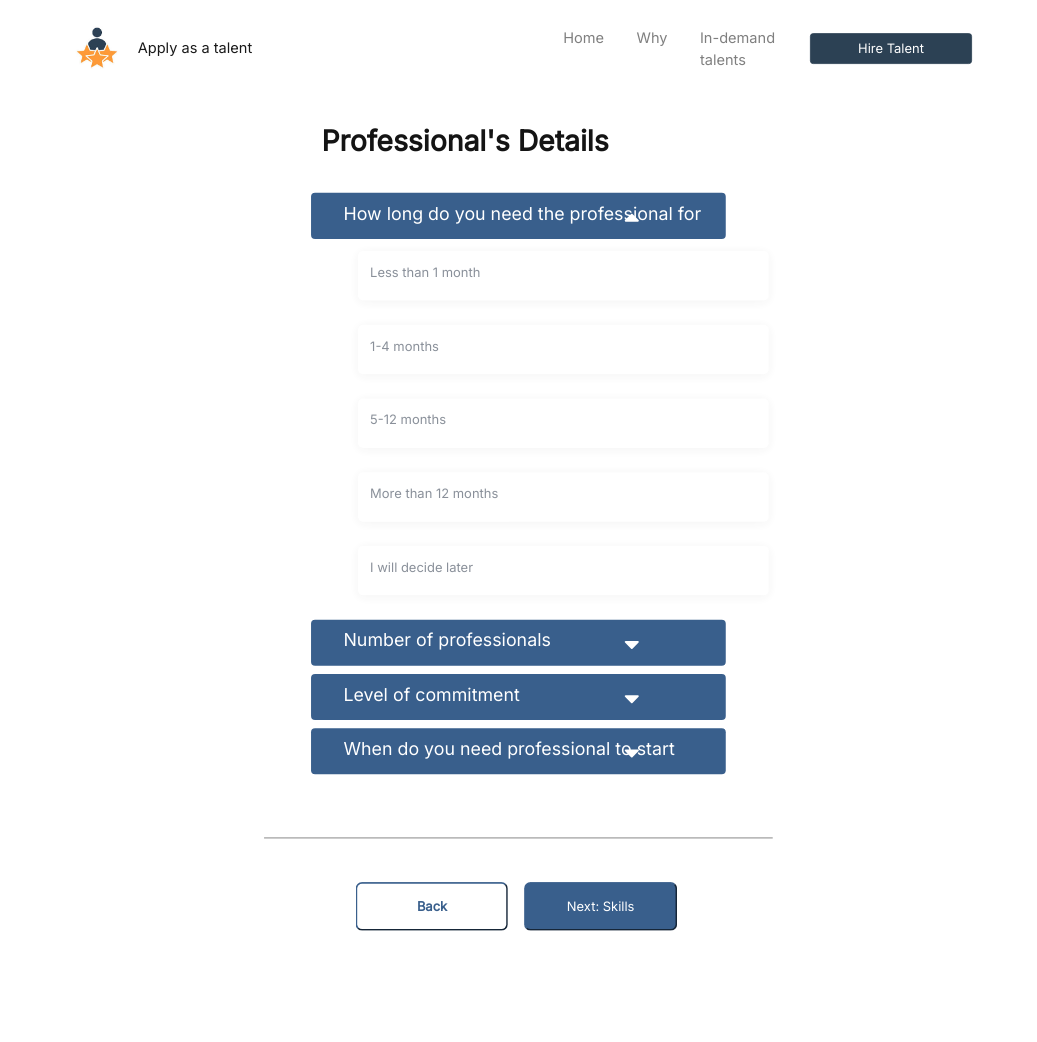
Repository: Ashwe9/talent-hire-reactJs
Page: /professionaldetails, after clicking the first element matching `div.dropdowns-box`
An editor plug-in stored every save of this project. The page is shown before and after the next save, followed by the edit.
The browser window is 1280 px wide. The pictures show the whole page, at 81% of full size.
The project was rebuilt for these pictures with package versions that can differ from the ones it lists, and the page was loaded fresh each time. Also part of the build but not shown: src/homePage/components/TrustedBy/TrustedBy.css, src/homePage/components/TrustedBy/TrustedBy.js, src/homePage/components/Roles/Roles.css, src/homePage/components/Roles/Roles.js, src/homePage/components/homePageFooter/HomePageFooter.css, src/homePage/components/homePageFooter/HomePageFooter.js, src/homePage/HomePage.js, src/kpisPage/Header.css and 9 more.

Above is the page before, as saved 2022-08-21 23:07:43.

### public/index.html
<!DOCTYPE html>
<html lang="en">
  <head>
    <meta charset="utf-8" />
    <link rel="icon" href="%PUBLIC_URL%/favicon.ico" />
    <meta name="viewport" content="width=device-width, initial-scale=1" />
    <meta name="theme-color" content="#000000" />
    <meta
      name="description"
      content="Web site created using create-react-app"
    />
    <link rel="manifest" href="%PUBLIC_URL%/manifest.json" />
    <link rel="stylesheet" href="https://stackpath.bootstrapcdn.com/bootstrap/4.4.1/css/bootstrap.min.css" integrity="sha384-Vkoo8x4CGsO3+Hhxv8T/Q5PaXtkKtu6ug5TOeNV6gBiFeWPGFN9MuhOf23Q9Ifjh" crossorigin="anonymous">
    <link href='https://fonts.googleapis.com/css?family=Inter' rel='stylesheet'>

    <title>App</title>
  </head>
  <body>
    <noscript>You need to enable JavaScript to run this app.</noscript>
    <div id="root"></div>
    <script src="https://code.jquery.com/jquery-3.4.1.slim.min.js" integrity="sha384-J6qa4849blE2+poT4WnyKhv5vZF5SrPo0iEjwBvKU7imGFAV0wwj1yYfoRSJoZ+n" crossorigin="anonymous"></script>
    <script src="https://cdn.jsdelivr.net/npm/popper.js@1.16.0/dist/umd/popper.min.js" integrity="sha384-Q6E9RHvbIyZFJoft+2mJbHaEWldlvI9IOYy5n3zV9zzTtmI3UksdQRVvoxMfooAo" crossorigin="anonymous"></script>
    <script src="https://stackpath.bootstrapcdn.com/bootstrap/4.4.1/js/bootstrap.min.js" integrity="sha384-wfSDF2E50Y2D1uUdj0O3uMBJnjuUD4Ih7YwaYd1iqfktj0Uod8GCExl3Og8ifwB6" crossorigin="anonymous"></script>  </body>
</html>

### src/App.js
import React from 'react'
import { BrowserRouter as Router, Route, Routes, Navigate } from 'react-router-dom';
import { HomePage } from './homePage/HomePage';
import KPISPage from './kpisPage/KPISPage';
import ProjectDetails from './projectDetails/ProjectDetails';
import ProfessionalDetails from './professionalDetails/ProfessionalDetails';

function App() {
  return (
    <Router>
      <Routes>
        <Route exact path="*" element={<Navigate to="/" replace />}/>
        <Route exact path="/" element={<HomePage />} />
        <Route exact path="/kpis" element={<KPISPage />} />
        <Route exact path="/projectdetails" element={<ProjectDetails />} />
        <Route exact path="/professionaldetails" element={<ProfessionalDetails />} />

      </Routes>
    </Router>
  );
}

export default App;

### src/professionalDetails/ProfessionalDetails.js
import React from 'react'
import './ProfessionalDetails.css'
import { Navbar } from '../shared-components/Navbar/Navbar'
import { Footer } from '../shared-components/Footer/Footer'
import DropDown from './DropDown'
import Header from './Header'

const ProfessionalDetails = () => {
  return (
    <div>
      <Navbar />
      <Header />
      <DropDown title="How long do you need the professional for"/>
      <DropDown title="Number of professionals"/>
      <DropDown title="Level of commitment"/>
      <DropDown title="When do you need professional to start"/>
      <Footer nextTitle="Next: Skills" nextPath="/skills" previousPath="/projectdetails" />
    </div>
  )
}

export default ProfessionalDetails

### src/shared-components/Footer/Footer.js
import React from 'react'
import './Footer.css'
import { useNavigate  } from 'react-router-dom'


export  const Footer = ({nextTitle, nextPath, previousPath}) => {

  let navigate = useNavigate();

  const goNext = () => {
    let path =  nextPath;
    navigate(path);
  };
  const goBack = () => {
    let path =  previousPath;
    navigate(path);
  };

  return (
      <footer>
        <div className='Footer-box'>
            <hr id="footer-line"/>
            <div className='buttons'>
              <button className='Footer-button-back'
              onClick={goBack}
                >Back</button>

              <button className='Footer-button-next'
              onClick={goNext}
                >{nextTitle}</button>
        </div>
        </div>
      </footer>
    )
  }

### src/professionalDetails/DropDown.js
import {FaCaretDown, FaCaretUp} from 'react-icons/fa'
import React , { useState } from 'react'
import './DropDown.css'
import { left } from '@popperjs/core'
import Details from './Details'


const DropDown = ({title}) => {
    const [x, setCount] = useState(0);
    const incrementCount = () => {
        setCount(x + 1);
      };

  return (
    <div>
        <div className='dropdowns-box' onClick={incrementCount} >
            <p className='dropdowns-title'>{title}</p>
            <a> { x%2===0 ? <FaCaretDown id='icons' size={30} style={{}} /> : <FaCaretUp id='icons' size={30} style={{}} />}</a>
        </div>
        {x%2===1 ? <Details title={title} /> : <></>}
    </div>
  )
}

export default DropDown

### src/professionalDetails/Header.js
import React from 'react'

const Header = () => {
  return (
    <div className='headers-box'>
        <p className='header'>
            Professional's Details
        </p>
    </div>
  )
}

export default Header

### src/shared-components/Navbar/Navbar.css
.icon{
    width: 80px;
}

.title{
    font-family: "Inter";
    font-style: normal;
    font-weight: 500;
    font-size: 18px;
    line-height: 28px;
    align-items: center;
    color: #444444;
    padding-left: 10px;
}

#navbarText{
    margin-left: 30%;
}
.navbar-items{
    margin: 0 35%;

}

.nav-item{
    font-family: "Inter";
    font-style: normal;
    font-weight: 500;
    font-size: 18px;
    align-items: center;
    color: #444444;
    padding-left: 24px;
}

.navbar-btn{
    font-family: "Inter";
    font-style: bold;
    background: #2c4154;
    /* padding: 5px 50px; */
    border-color: #2c4154;
    width: 200px;
}

.navbar{
    margin: 10px 5%;
}

@media only screen and (max-width: 600px) {
    body {
      background-color: lightblue;
    }
  }

### src/shared-components/Footer/Footer.css
#footer-line{
    background-color: gray;
    width: 50%;
}

.Footer-box{
    margin-top: 50px;
    padding: 1%;
}

.buttons{
    display: flex;
}

.Footer-button-back{
    margin-top: 3%;
    /* margin-left: 30%; */
    font-family: "Inter";
    font-style: bolder;
    font-weight: 700;
    padding: 1% 1%;
    background-color: white;
    border-color: #395f8c;
    color: #395f8c;
    height: 60px;
    width: 15%;
    border-radius: 0.5rem;
    margin-left: 34%;
    margin-bottom: 10%;
}
.Footer-button-next{
    margin-top: 3%;
    /* margin-left: 30%; */
    font-family: "Inter";
    font-style: bold;
    font-weight: 500;
    background: #395f8c;
    border-color: #395f8c;
    padding: 1% 1%;
    height: 60px;
    width: 15%;
    border-radius: 0.5rem;
    margin-bottom: 10%;
    margin-left: 20px;
    color: white;
    line-height: 1;
}

@media only screen and (max-width: 700px) {
    #footer-line{
        background-color: gray;
        width: 80%;
    }
    .Footer-button-next{
        padding: 2% ;
        height: 10%;
        width: fit-content;
        margin-left: 5%;
        font-size: 12px;
    }
    .Footer-button-back{
        padding: 2% ;
        height: 10%;
        width: 20%;
        margin-left: 20%;
        font-size: 12px;
    }
}

### src/projectDetails/Details.css
.details-box{
    padding: 0px 10%;
    margin-left: 300px;
}

.detail-item-active{
    background: #FFFFFF;
    border: 2px solid #4fac8d;
    box-sizing: border-box;
    box-shadow: 0px 4px 14px 1px rgba(0, 0, 0, 0.04);
    border-radius: 6px;
    display: flex;
    padding: 2%;
    margin: 2%;
    width: 70%;
}

.detail-item{
    opacity: 0.8;
    background: #FFFFFF;
    box-sizing: border-box;
    box-shadow: 0px 2px 14px 1px rgba(0, 0, 0, 0.06);
    border-radius: 6px;
    display: flex;
    padding: 2%;
    margin: 2%;
    width: 70%;
    margin-bottom: 30px;
}

input[type="checkbox"] {
    -webkit-appearance: none;
    -moz-appearance: none;
    appearance:none;
    margin-right: 3%;
    /* Styling checkbox */
    width: 25px;
    height: 25px;
    background-color: rgba(128, 128, 128, 0.611);
    border-radius: 5px;
  }
/*.detail-check{
    margin-right: 3%;
    width: 25px;
    height: 25px;
    align-self: center;
    background-color: #4fac8d;
}*/
input[type="checkbox"]:checked {
    background-color: #388561;
  }

input[type=checkbox]:checked:before {
    content:"\2713";
    color: white;
    padding: 25%;
    font-weight: bold;
 }

.detail-item-paragraph-active{
    font-family: "Inter";
    font-style: normal;
    font-weight: normal;
    font-size: 16px;
    display: flex;
    align-items: center;
    color: #4fac8d;
}

.detail-item-paragraph{
    font-family: "Inter";
    font-style: normal;
    font-weight: normal;
    font-size: 16px;
    display: flex;
    align-items: center;
    opacity: 0.8;
    color: #495362;
}


@media only screen and (max-width: 700px) {
    h2{
        font-size: 20px;
    }
    .detail-item-paragraph-active{
        font-size: 10px;
    }

    .detail-item-paragraph{
        font-size: 10px;
    }
    .details-question{
        font-size: 14px;
    }

  }
@media only screen and (max-width: 450px) {
    h2{
        font-size: 14px;
    }
    .detail-item-paragraph-active{
        font-size: 8px;
    }

    .detail-item-paragraph{
        font-size: 8px;
    }
    .details-question{
        font-size: 10px;
    }
}

input[type="checkbox"] { /* change "blue" browser chrome to yellow */
    filter: invert(20%) hue-rotate(15deg) brightness(1.4);
  }

### src/projectDetails/Header.css
.headers-box{
    padding: 3%;
    padding-bottom: 0%;
    align-items: center;
    width: 40%;
    margin-left: 28%;
}

.header{
    font-family: "Inter";
    font-style: bolder;
    font-weight: 800;
    font-size: 35px;
    line-height: 30px;
    align-items: center;
    color: #141414;
    margin-bottom: 50px;
}

.header-by-title{
    font-family: "Inter";
    font-style: bolder;
    font-weight: 700;
    font-size: 25px;
    line-height: 30px;
    align-items: center;
    color: #141414;
}


@media only screen and (max-width: 700px) {

    .header-by-title{
        font-size: 16px;
    }

    .header-box{
        margin-left: 40px;
        width: 100%;
    }
  }
@media only screen and (max-width: 450px) {
    .header-by-title{
        font-size: 13px;
    }
    .header-box{
        margin-left: 70px;
        width: 100%;
    }
}

### src/professionalDetails/DropDown.css
.dropdowns-box{
    padding-top: 10px;
    padding-bottom: 1px;
    width: 40%;
    background-color: #395f8c;
    border-radius: 5px;
    display: flex;
    cursor: pointer;
    margin-bottom: 10px;
    margin-left: 30%;

}

.dropdowns-title{
    font-family: "Inter";
    font-style: bolder;
    font-weight: 300;
    font-size: 22px;
    line-height: 30px;
    align-items: center;
    color: white;
    margin-left: 40px;
}

#icons{
    color: white;
    position:absolute;
    right:480px;
}


@media only screen and (max-width: 700px) {

    .dropdowns-title{
        font-size: 16px;
        margin-left: 15px;
    }

    .dropdowns-box{
        margin-left: 60px;
        width: 75%;
    }
    #icon{
        opacity: 0;
    }
  }
@media only screen and (max-width: 450px) {
    .dropdowns-title{
        font-size: 11px;
        margin-left: 0;
    }
    .dropdowns-box{
        margin-left: 30px;
        width: 60%;
    }

    #icon{
        opacity: 0;
    }
}

### src/professionalDetails/Details.js
import React from 'react'
import './Details.css'

import { useState } from 'react'
import {FaPlus, FaMinus} from 'react-icons/fa'

const Details = ({title}) => {
    const [checked_1, setCount1] = useState(0);
    const incrementCount1 = () => {
        setCount1(checked_1 + 1);
      };
    const [checked_2, setCount2] = useState(0);
    const incrementCount2 = () => {
        setCount2(checked_2 + 1);
    };
    const [checked_3, setCount3] = useState(0);
    const incrementCount3 = () => {
    setCount3(checked_3 + 1);
    };
    const [checked_4, setCount4] = useState(0);
    const incrementCount4 = () => {
        setCount4(checked_4 + 1);
    };
    const [checked_5, setCount5] = useState(0);
    const incrementCount5 = () => {
        setCount5(checked_5 + 1);
        };
    return (
        <div className='details-box'>
          {title==="How long do you need the professional for"? <form className='check-form' style={{marginBottom: "10px"}}>
              <div className={`${checked_1%2===1 ? "detail-item-active" : "detail-item"}`} onClick={incrementCount1}>
                <label className={`${checked_1%2===1 ? "detail-item-paragraph-active" : "detail-item-paragraph"}`}>Less than 1 month</label>
                <a> { checked_1%2===0 ? <FaPlus id='icons' size={15}  /> : <FaMinus id='icons' size={15}  />}</a>
              </div>
              <div className={`${checked_2%2===1 ? "detail-item-active" : "detail-item"}`} onClick={incrementCount2}>
                <label className={`${checked_2%2===1  ? "detail-item-paragraph-active" : "detail-item-paragraph"}`}>1-4 months</label>
                <a> { checked_2%2===0 ? <FaPlus id='icons' size={15}  /> : <FaMinus id='icons' size={15}  />}</a>
              </div>
              <div className={`${checked_3%2===1 ? "detail-item-active" : "detail-item"}`} onClick={incrementCount3} >
                <label className={`${checked_3%2===1  ? "detail-item-paragraph-active" : "detail-item-paragraph"}`}>5-12 months</label>
                <a> { checked_3%2===0 ? <FaPlus id='icons' size={15}  /> : <FaMinus id='icons' size={15}  />}</a>
              </div>
                <div className={`${checked_4%2===1 ? "detail-item-active" : "detail-item"}`} onClick={incrementCount4}>
                  <label className={`${checked_4%2===1  ? "detail-item-paragraph-active" : "detail-item-paragraph"}`}>More than 12 months</label>
                  <a> { checked_4%2===0 ? <FaPlus id='icons' size={15}  /> : <FaMinus id='icons' size={15}  />}</a>
                </div>
                <div className={`${checked_5%2===1 ? "detail-item-active" : "detail-item"}`} onClick={incrementCount5}>
                  <label className={`${checked_5%2===1  ? "detail-item-paragraph-active" : "detail-item-paragraph"}`}>I will decide later</label>
                  <a> { checked_5%2===0 ? <FaPlus id='icons' size={15}  /> : <FaMinus id='icons' size={15}  />}</a>
              </div>
          </form> : title==="Number of professionals"? <form className='check-form' style={{marginBottom: "10px"}}>
              <div className={`${checked_1%2===1 ? "detail-item-active" : "detail-item"}`} onClick={incrementCount1}>
                <label className={`${checked_1%2===1 ? "detail-item-paragraph-active" : "detail-item-paragraph"}`}>One professional</label>
                <a> { checked_1%2===0 ? <FaPlus id='icons' size={15}  /> : <FaMinus id='icons' size={15}  />}</a>
              </div>
              <div className={`${checked_2%2===1 ? "detail-item-active" : "detail-item"}`} onClick={incrementCount2}>
                <label className={`${checked_2%2===1  ? "detail-item-paragraph-active" : "detail-item-paragraph"}`}>Two professionals</label>
                <a> { checked_2%2===0 ? <FaPlus id='icons' size={15}  /> : <FaMinus id='icons' size={15}  />}</a>
              </div>
              <div className={`${checked_3%2===1 ? "detail-item-active" : "detail-item"}`} onClick={incrementCount3} >
                <label className={`${checked_3%2===1  ? "detail-item-paragraph-active" : "detail-item-paragraph"}`}>A cross functional team of professionals</label>
                <a> { checked_3%2===0 ? <FaPlus id='icons' size={15}  /> : <FaMinus id='icons' size={15}  />}</a>
              </div>
                <div className={`${checked_4%2===1 ? "detail-item-active" : "detail-item"}`} onClick={incrementCount4}>
                  <label className={`${checked_4%2===1  ? "detail-item-paragraph-active" : "detail-item-paragraph"}`}>I will decide later</label>
                  <a> { checked_4%2===0 ? <FaPlus id='icons' size={15}  /> : <FaMinus id='icons' size={15}  />}</a>
                </div>
          </form> : title==="Level of commitment"? <form className='check-form' style={{marginBottom: "10px"}}>
              <div className={`${checked_1%2===1 ? "detail-item-active" : "detail-item"}`} onClick={incrementCount1}>
                <label className={`${checked_1%2===1 ? "detail-item-paragraph-active" : "detail-item-paragraph"}`}>Full time</label>
                <a> { checked_1%2===0 ? <FaPlus id='icons' size={15}  /> : <FaMinus id='icons' size={15}  />}</a>
              </div>
              <div className={`${checked_2%2===1 ? "detail-item-active" : "detail-item"}`} onClick={incrementCount2}>
                <label className={`${checked_2%2===1  ? "detail-item-paragraph-active" : "detail-item-paragraph"}`}>Part time </label>
                <a> { checked_2%2===0 ? <FaPlus id='icons' size={15}  /> : <FaMinus id='icons' size={15}  />}</a>
              </div>
              <div className={`${checked_3%2===1 ? "detail-item-active" : "detail-item"}`} onClick={incrementCount3} >
                <label className={`${checked_3%2===1  ? "detail-item-paragraph-active" : "detail-item-paragraph"}`}>Hourly</label>
                <a> { checked_3%2===0 ? <FaPlus id='icons' size={15}  /> : <FaMinus id='icons' size={15}  />}</a>
              </div>
                <div className={`${checked_4%2===1 ? "detail-item-active" : "detail-item"}`} onClick={incrementCount4}>
                  <label className={`${checked_4%2===1  ? "detail-item-paragraph-active" : "detail-item-paragraph"}`}>I will decide later</label>
                  <a> { checked_4%2===0 ? <FaPlus id='icons' size={15}  /> : <FaMinus id='icons' size={15}  />}</a>
                </div>
          </form>:<form className='check-form'>
              <div className={`${checked_1%2===1 ? "detail-item-active" : "detail-item"}`} onClick={incrementCount1}>
                <label className={`${checked_1%2===1 ? "detail-item-paragraph-active" : "detail-item-paragraph"}`}>Immediately</label>
                <a> { checked_1%2===0 ? <FaPlus id='icons' size={15}  /> : <FaMinus id='icons' size={15}  />}</a>
              </div>
              <div className={`${checked_2%2===1 ? "detail-item-active" : "detail-item"}`} onClick={incrementCount2}>
                <label className={`${checked_2%2===1  ? "detail-item-paragraph-active" : "detail-item-paragraph"}`}>In 1 or 2 weeks</label>
                <a> { checked_2%2===0 ? <FaPlus id='icons' size={15}  /> : <FaMinus id='icons' size={15}  />}</a>
              </div>
              <div className={`${checked_3%2===1 ? "detail-item-active" : "detail-item"}`} onClick={incrementCount3} >
                <label className={`${checked_3%2===1  ? "detail-item-paragraph-active" : "detail-item-paragraph"}`}>More than 2 weeks from now</label>
                <a> { checked_3%2===0 ? <FaPlus id='icons' size={15}  /> : <FaMinus id='icons' size={15}  />}</a>
              </div>
                <div className={`${checked_4%2===1 ? "detail-item-active" : "detail-item"}`} onClick={incrementCount4}>
                  <label className={`${checked_4%2===1  ? "detail-item-paragraph-active" : "detail-item-paragraph"}`}>I will decide later</label>
                  <a> { checked_4%2===0 ? <FaPlus id='icons' size={15}  /> : <FaMinus id='icons' size={15}  />}</a>
                </div>
           </form>}
        </div>

      )
}

export default Details

### src/kpisPage/Talents.css
.talents-box{
    margin-left: 515px;
}

.talent-item-active{
    background: #FFFFFF;
    border: 1px solid #395F8C;
    box-sizing: border-box;
    box-shadow: 0px 4px 14px 1px rgba(0, 0, 0, 0.04);
    border-radius: 6px;
    display: flex;
    padding: 10px;
    padding-right: 32px;
    width: fit-content;
    margin-right: 10px;
}

#icons{
    color: #395F8C;
    position:absolute;
    margin-top: 5px;
    margin-left: 15px;
    margin-right: 5px;
}

.talent-item{
    opacity: 0.8;
    background: #f0f0f0;
    border: 0.2px solid #f0f0f0;
    box-sizing: border-box;
    box-shadow: 0px 2px 14px 1px rgba(0, 0, 0, 0.06);
    border-radius: 6px;
    display: flex;
    padding: 10px;
    padding-right: 32px;
    width: fit-content;
    margin-right: 10px;
}


.talent-item-paragraph-active{
    font-family: "Inter";
    font-style: normal;
    font-weight: bolder;
    font-size: 16px;
    display: flex;
    align-items: center;
    color: #395f8c;
}

.talent-item-paragraph{
    font-family: "Inter";
    font-style: normal;
    font-weight: normal;
    font-size: 16px;
    display: flex;
    align-items: center;
    opacity: 0.8;
    color: #6d7686;
}


@media only screen and (max-width: 700px) {
    .talent-item-paragraph-active{
        font-size: 10px;
    }

    .talent-item-paragraph{
        font-size: 10px;
        font-weight: bold;
    }

    .talents-box{
        margin-left: 80px;
    }

    .talent-item{
        opacity: 0.8;
        background: #f0f0f0;
        box-sizing: border-box;
        display: flex;
        width: fit-content;
        margin-bottom: 5px;
    }

    .talent-item-active{
        opacity: 0.8;
        background: #f0f0f0;
        box-sizing: border-box;
        display: flex;
        width: fit-content;
    }

    #icons{
        color: #395F8C;
        position:absolute;
        margin-top: 2px;
        margin-left: 2px;
        margin-right: 0.5px;
    }
  }
@media only screen and (max-width: 450px) {
    .talent-item-paragraph-active{
        font-size: 8px;
    }

    .talent-item-paragraph{
        font-size: 8px;
    }
    .talents-box{
        margin-left: 110px;
    }

    .talent-item{
        opacity: 0.8;
        background: #f0f0f0;
        box-sizing: border-box;
        display: flex;
        width: fit-content;
    }

    .talent-item-active{
        opacity: 0.8;
        background: #f0f0f0;
        box-sizing: border-box;
        display: flex;
        width: fit-content;
    }
}

input[type="checkbox"] { /* change "blue" browser chrome to yellow */
    filter: invert(20%) hue-rotate(15deg) brightness(1.4);
  }

Loaded but not shown: src/index.js (common file); src/reportWebVitals.js (common file); src/shared-components/Navbar/Navbar.js (36 lines, source omitted); src/index.css (no stored copy; drawn as an empty file); src/kpisPage/KPISPage.css (no stored copy; drawn as an empty file); src/professionalDetails/ProfessionalDetails.css (no stored copy; drawn as an empty file)

After the next save:
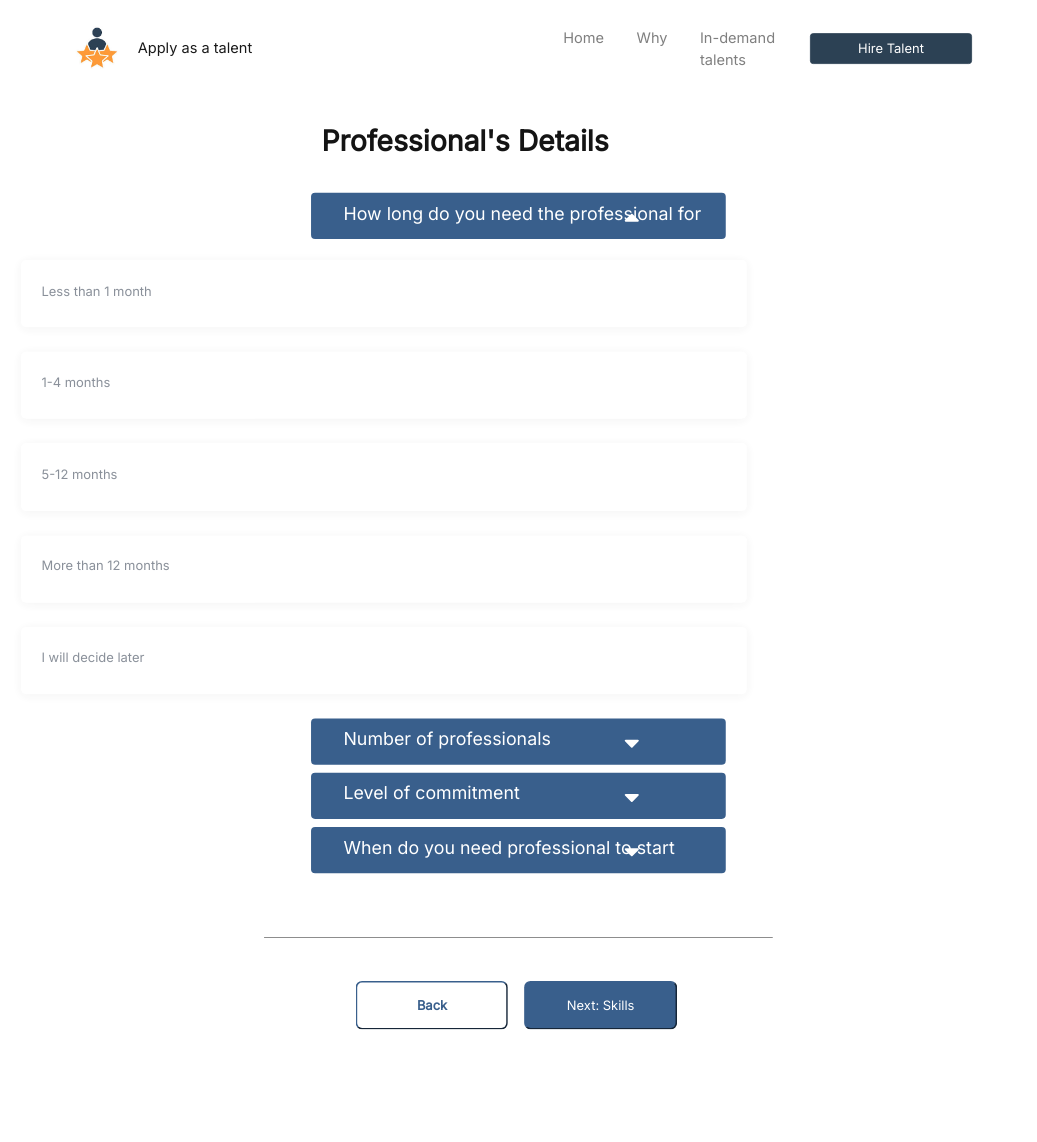
Saved 51 s later.
--- a/src/professionalDetails/Details.js
+++ b/src/professionalDetails/Details.js
@@ -26,7 +26,7 @@ const Details = ({title}) => {
         setCount5(checked_5 + 1);
         };
     return (
-        <div className='details-box'>
+        <div className='detail-box'>
           {title==="How long do you need the professional for"? <form className='check-form' style={{marginBottom: "10px"}}>
               <div className={`${checked_1%2===1 ? "detail-item-active" : "detail-item"}`} onClick={incrementCount1}>
                 <label className={`${checked_1%2===1 ? "detail-item-paragraph-active" : "detail-item-paragraph"}`}>Less than 1 month</label>
